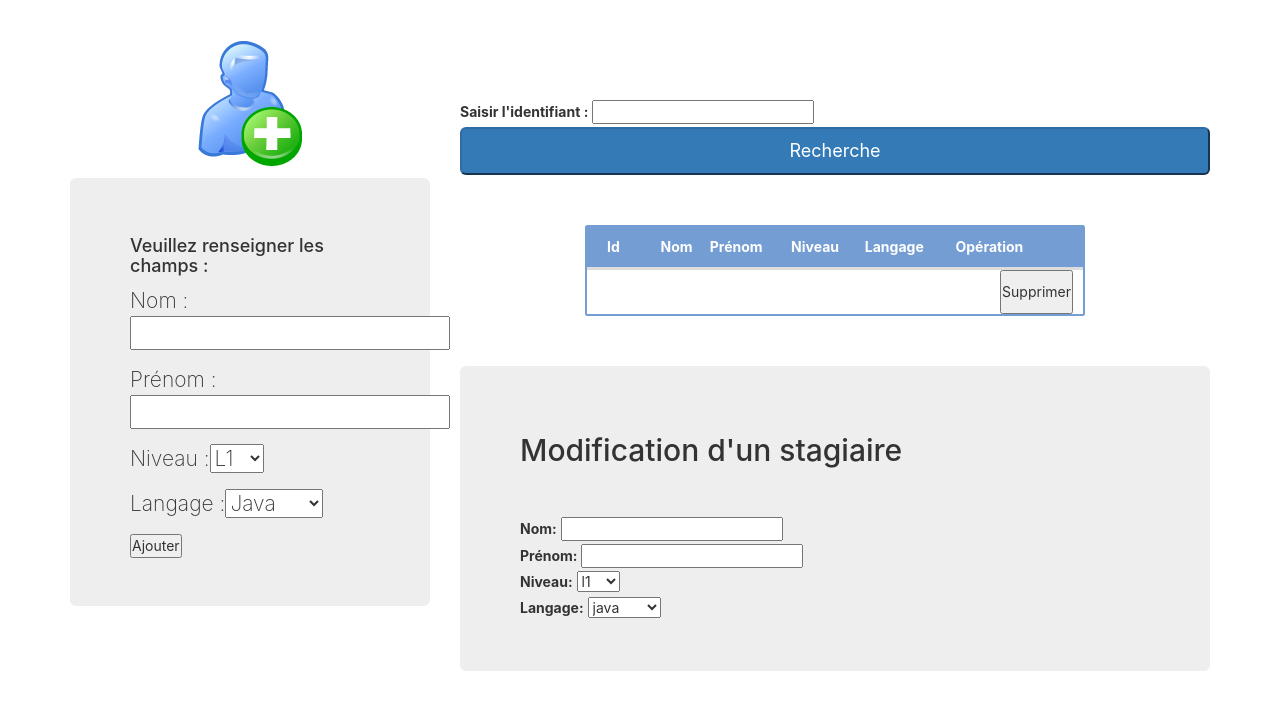
Repository: imouahrani/Gestion-des-stagiaires_JAVAEE
Page: http://localhost/Espace_Stagiaire/TraiteAjout
The author's editor kept a copy of each file at every save. The page is drawn from the files as they stood at one save, then again after the next save.
The browser window is 1280 px wide. The pictures show the whole page.
The page is served by Tomcat 9. Queries for data that is not in the repository find no rows.

Above is the page before, as saved 2018-07-26 14:04:13.

After the next save:
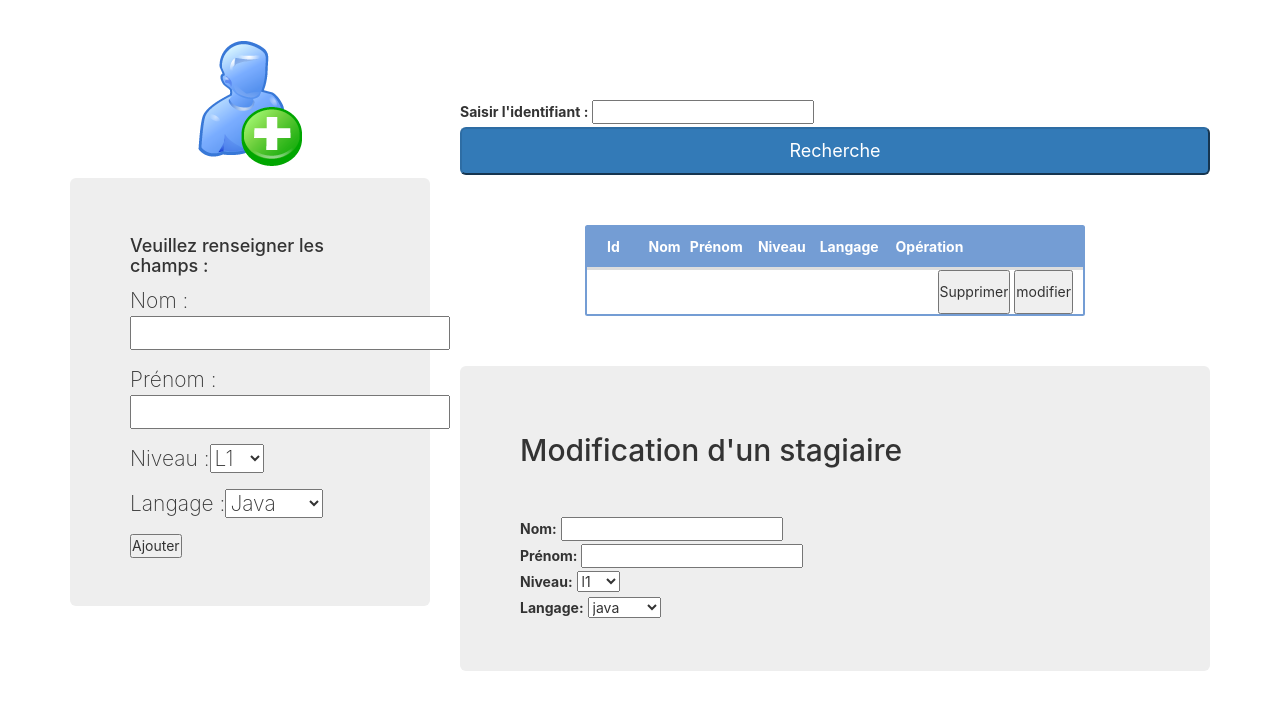
Saved 2 min 51 s later.
--- a/Formation Java Entreprise Edition/Espace Stagiaire/WebContent/AjoutStagiaire.jsp
+++ b/Formation Java Entreprise Edition/Espace Stagiaire/WebContent/AjoutStagiaire.jsp
@@ -105,6 +105,7 @@
 
 
 									</form> <input type="submit" name="supprimer" value="Supprimer" />
+									<input type="submit" name="modifier" value="modifier" />
 								</td>
 							</tr>
 						</tbody>
